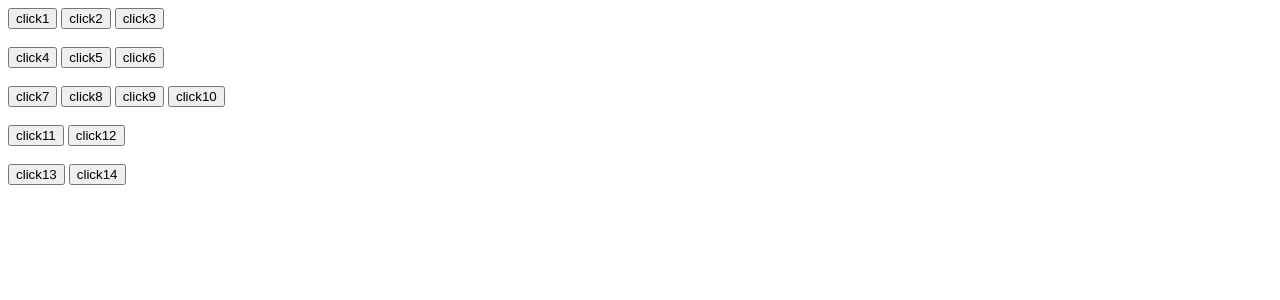
Repository: Jeong43/WebStudy
Page: JsonApp/WebContent/JsonTest07.html
The author's editor kept a copy of each file at every save. The page is drawn from the files as they stood at one save, then again after the next save.
The browser window is 1280 px wide. The pictures show the whole page.

Above is the page before, as saved 2021-12-09 01:47:39.

After the next save:
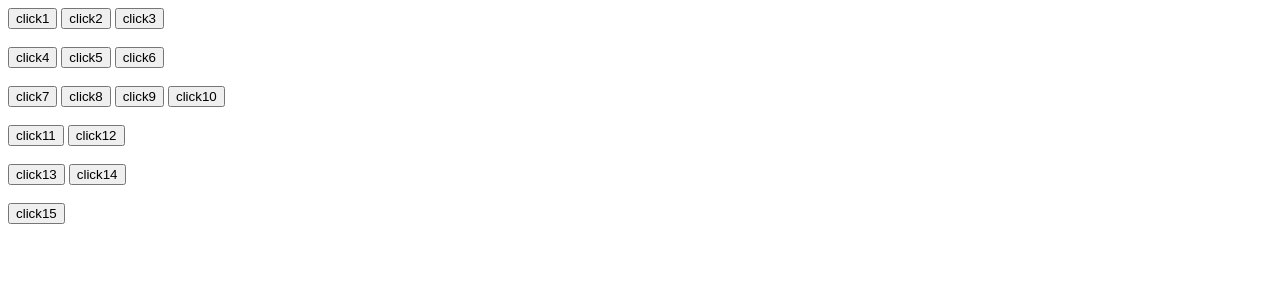
Saved 19 min 53 s later.
--- a/JsonApp/WebContent/JsonTest07.html
+++ b/JsonApp/WebContent/JsonTest07.html
@@ -76,6 +76,11 @@
 	<input type="button" value="click14" onclick="alert(typeof (myJsonObj7_2[2] + myJsonObj7_2[3]))" />
 	<!-- → number -->
 
+	<br><br>
+
+	<input type="button" value="click15" onclick="alert(myJsonObj7_1[0] + myJsonObj7_1[2])" />
+	<!-- →  -->
+
 
 </form>
 
